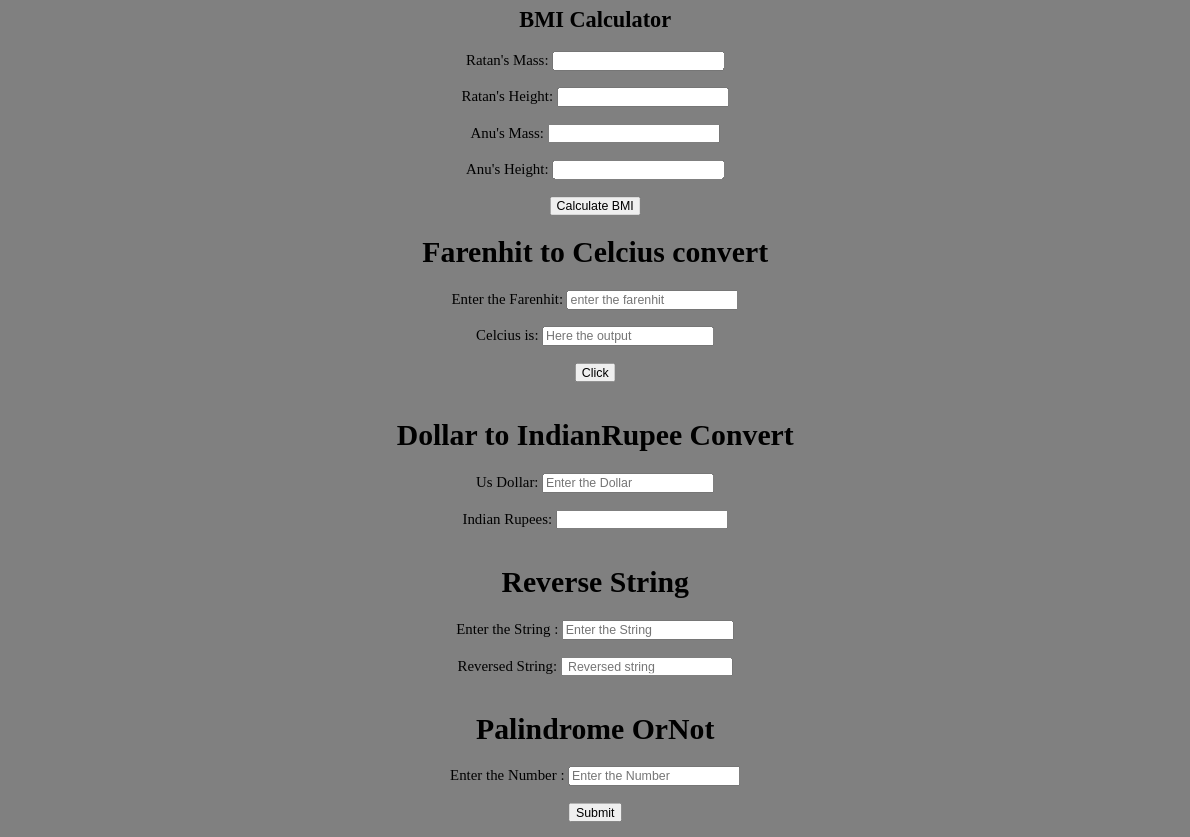
Repository: thatipallyvinod/AdvanceJava
Page: JAVASCRIPT/src/main/webapp/jsp.html
The author's editor kept a copy of each file at every save. The page is drawn from the files as they stood at one save, then again after the next save.
The browser window is 1280 px wide. The pictures show the whole page, at 93% of full size.

Above is the page before, as saved 2024-03-25 08:22:30.

After the next save:
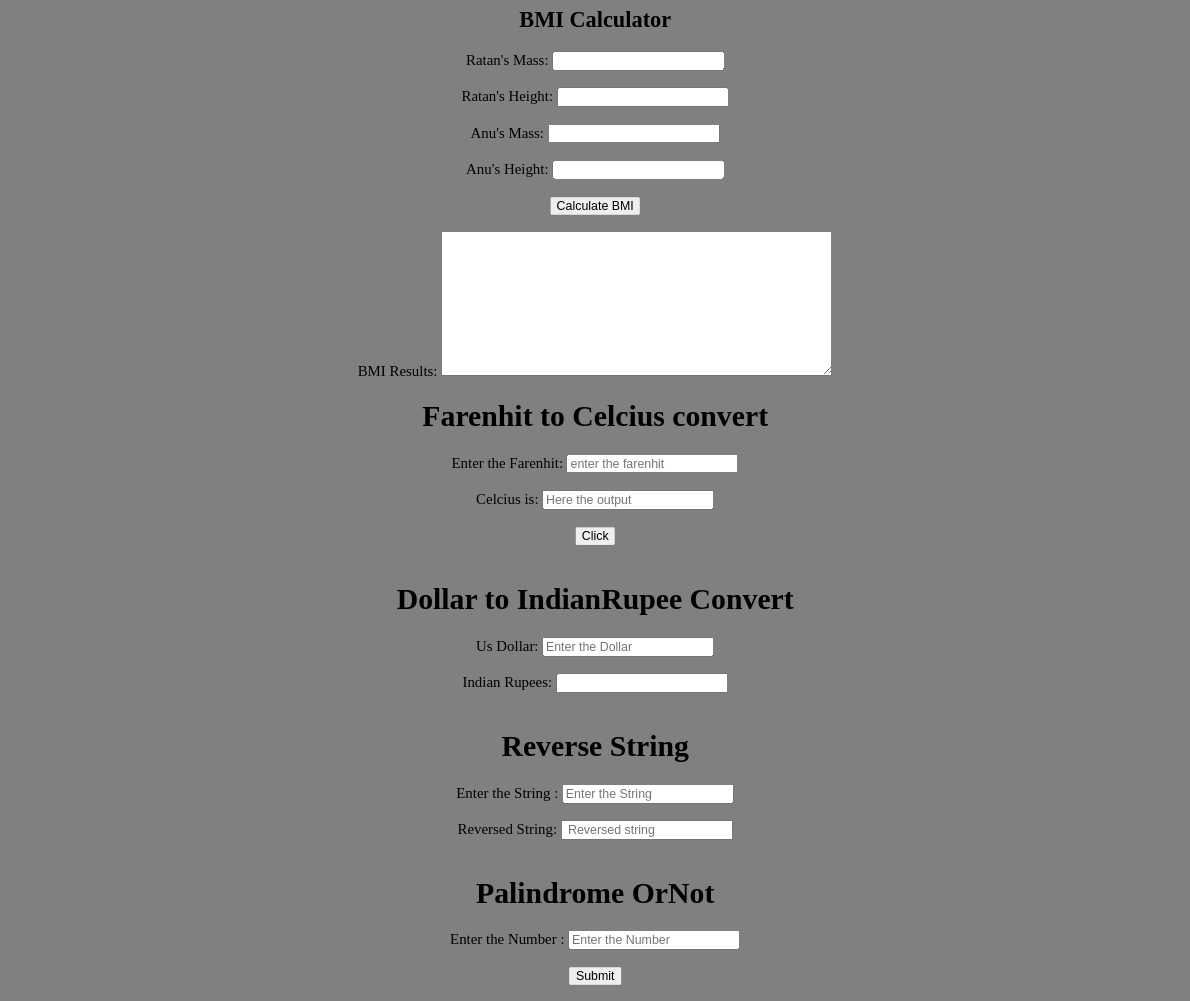
Saved 2 min 28 s later.
--- a/JAVASCRIPT/src/main/webapp/jsp.html
+++ b/JAVASCRIPT/src/main/webapp/jsp.html
@@ -19,6 +19,10 @@
     <input type="number" id="anuHeight" name="anuHeight"><br><br>
 
     <button type="button" onclick="calculateBMI()">Calculate BMI</button>
+</form>
+
+<label for="bmiResults">BMI Results:</label>
+<textarea id="bmiResults" rows="10" cols="50" readonly></textarea>
 </form>
 </body>
 </html>
